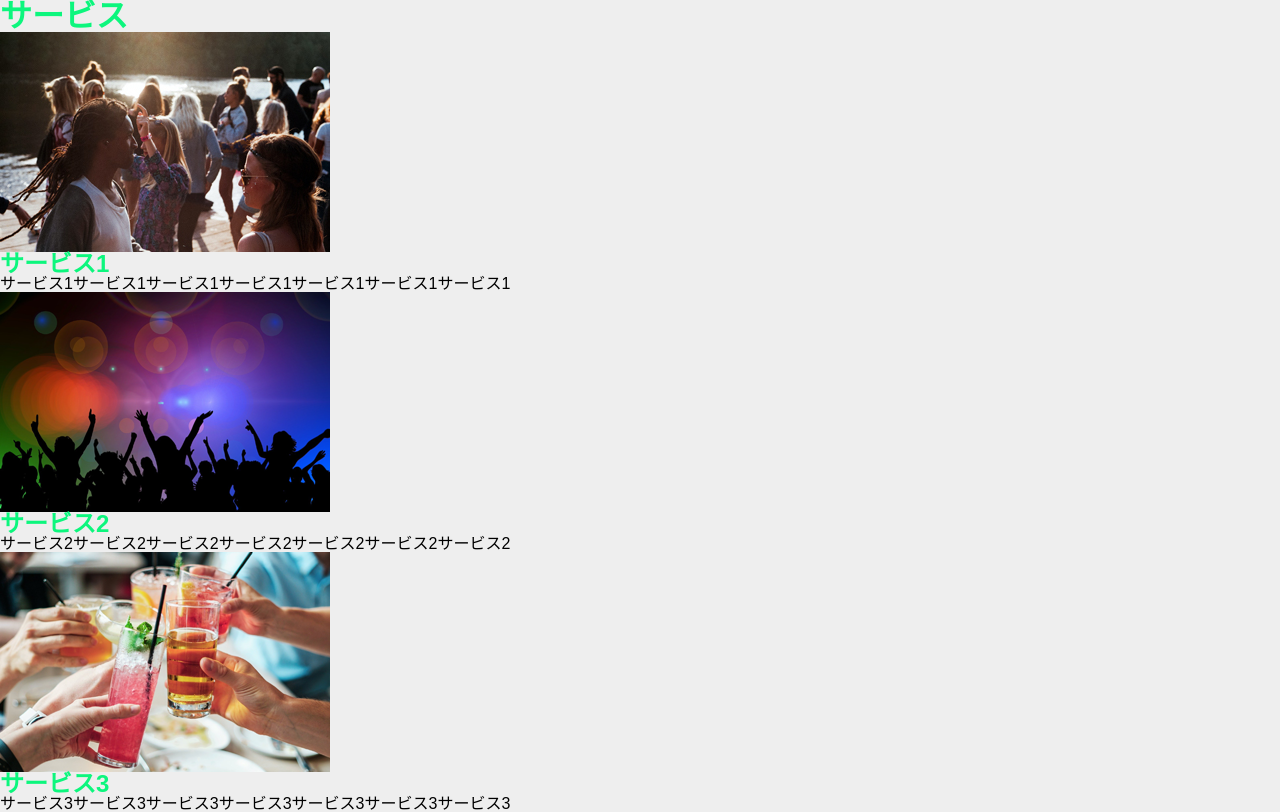
Repository: sonoyama01/dezasuta
Page: 第３回課題/work2/index.html
The author's editor kept a copy of each file at every save. The page is drawn from the files as they stood at one save, then again after the next save.
The browser window is 1280 px wide. The pictures show the whole page.

Above is the page before, as saved 2024-04-27 11:01:31.

### 第３回課題/work2/index.html
<!DOCTYPE html>
<html lang="ja">

<head>
    <meta charset="UTF-8">
    <meta name="viewport" content="width=device-width, initial-scale=1.0">
    <title>第3回課題work2</title>
    <link rel="stylesheet" href="./css/reset.css">
    <link rel="stylesheet" href="./css/style.css">
</head>

<body>
    <h1>サービス</h1>
    <div class="box">
        <div>
            <img src="./images/main_1.jpg" alt="">
            <h2>サービス1</h2>
            <p>サービス1サービス1サービス1サービス1サービス1サービス1サービス1</p>
        </div>

        <div>
            <img src="./images/main_2.png" alt="">
            <h2>サービス2</h2>
            <p>サービス2サービス2サービス2サービス2サービス2サービス2サービス2</p>
        </div>

        <div>
            <img src="./images/main_3.png" alt="">
            <h2>サービス3</h2>
            <p>サービス3サービス3サービス3サービス3サービス3サービス3サービス3</p>
        </div>
    </div>

</body>

</html>

### 第３回課題/work2/css/reset.css
@charset "utf-8";

/* cssリセット */

/*利用するタグによってこちらの内容は増やす*/

html,
body,
h1,
h2,
h3,
p,
dl,
dt,
dd,
ul,
li {
  margin: 0;
  padding: 0;
  line-height: 1;
  /*デフォルトの文字色、font-familyを予め当てておく*/
  color: #000;
  font-family: "游ゴシック体", YuGothic, "游ゴシック", "Yu Gothic", "メイリオ",
    "Hiragino Kaku Gothic ProN", "Hiragino Sans", sans-serif;
}

a {
  /*下線を消す*/
  text-decoration: none;
  /*色を消す*/
  color: inherit;
}

ul {
  /*左の「・」を消す*/
  list-style: none;
}

img {
  max-width: 100%;
  vertical-align: bottom;
  border: none;
}

### 第３回課題/work2/css/style.css
@charset "utf-8";

body{
    width: 960px;
    background-color: #eeeeee ;
}
h1{
    color: rgb(12, 246, 125);
}

h2{
    color: rgb(12, 246, 125);
    border-left: rgb(12, 246, 125);
}

After the next save:
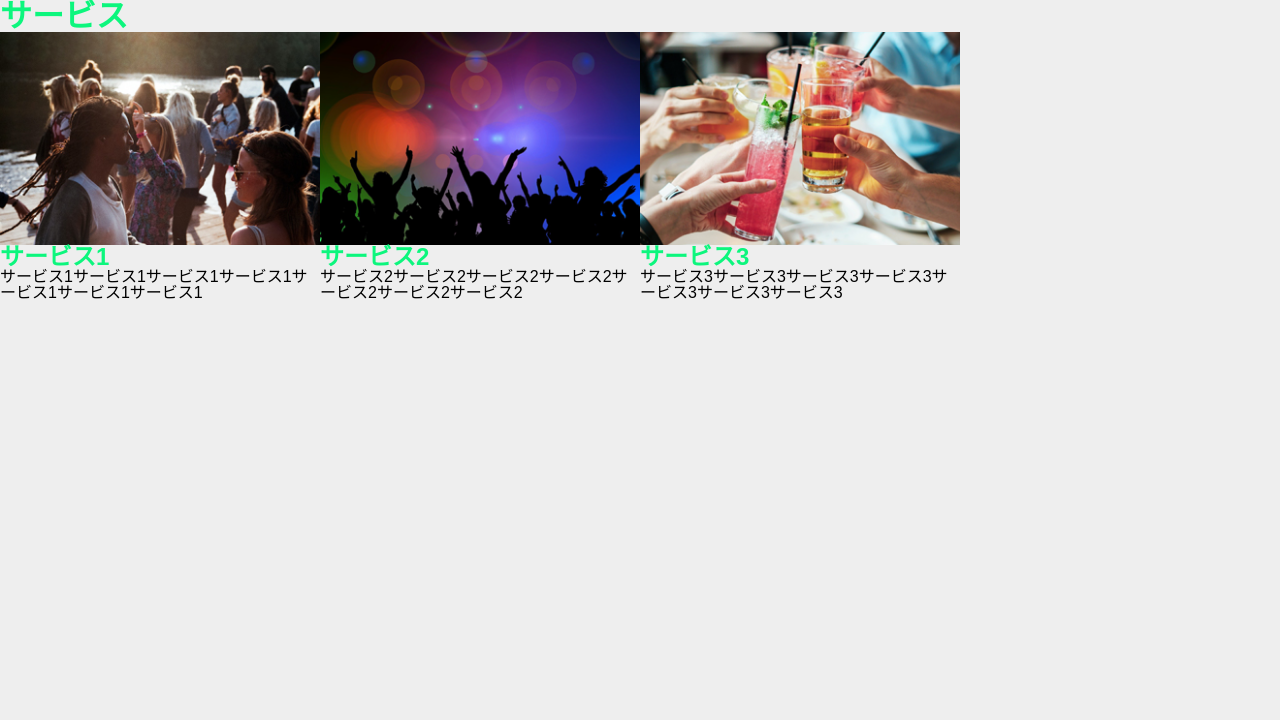
Saved 27 min 50 s later.
--- a/第３回課題/work2/css/style.css
+++ b/第３回課題/work2/css/style.css
@@ -12,3 +12,6 @@ h2{
     color: rgb(12, 246, 125);
     border-left: rgb(12, 246, 125);
 }
+.box{
+    display: flex;
+}
